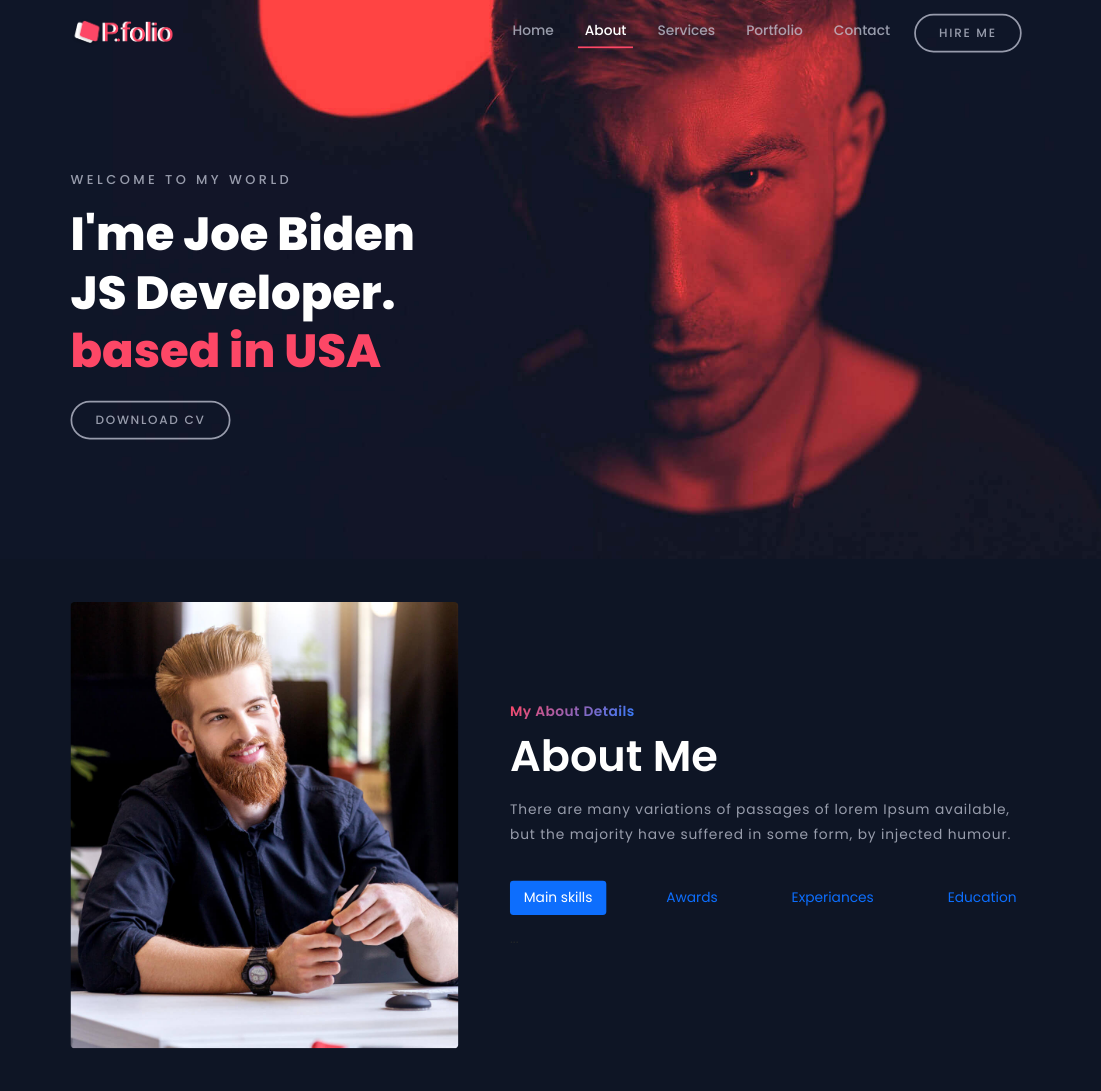
Repository: wadelfadill/Bootstrap_tache_3_responsive_portfolio
Page: index.html
These files come from the project's save history. The page is drawn as it stood at one moment and after the next save; the edit follows.
The browser window is 1280 px wide. The pictures show the whole page, at 86% of full size.
Backgrounds fixed to the window are drawn as part of the page. Some web libraries are served in a nearby version.

Above is the page before, as saved 2023-04-11 09:58:05.

### index.html
<!DOCTYPE html>
<html lang="en">
<head>
    <meta charset="UTF-8">
    <meta http-equiv="X-UA-Compatible" content="IE=edge">
    <meta name="viewport" content="width=device-width, initial-scale=1.0">
    <title>Bootstrap_Responsive_Portfolio</title>
    <!------ FAVICON ------->
    <link rel="icon" type="image/png" href="images/favicon.png">

    <!------------ Bootstrap link --------------->
    <link href="https://cdn.jsdelivr.net/npm/bootstrap@5.1.3/dist/css/bootstrap.min.css" rel="stylesheet" integrity="sha384-1BmE4kWBq78iYhFldvKuhfTAU6auU8tT94WrHftjDbrCEXSU1oBoqyl2QvZ6jIW3" crossorigin="anonymous">

    <!-------------- Font-awsome script  ------------->
    <script src="https://kit.fontawesome.com/8f130c8a35.js" crossorigin="anonymous"></script>

    <!------------ CSS files link  ------------->
    <link rel="stylesheet" href="css/style.css">
    <link rel="stylesheet" href="css/responsive-style.css">

    <!------------- Google-Font link ---------------->
    <link rel="stylesheet" href="https://fonts.googleapis.com/css2?family=Poppins%3Awght%40100%3B200%3B300%3B400%3B500%3B600%3B700%3B800%3B900&display=swap">
</head>
<body data-bs-spy="scroll" data-bs-target=".navbar" data-bs-offset="75">
    <!------------------------------------------------------>
        <!------------- Navbar Section ----------->
        <header class="header_wrapper">
            <nav class="navbar navbar-expand-lg fixed-top">
                <div class="container">
                  <a class="navbar-brand" href="#">
                    <img src="images/logo.png" alt="logo" class="img-fluid">
                  </a>
                  <button class="navbar-toggler" type="button" data-bs-toggle="collapse" data-bs-target="#navbarNav" aria-controls="navbarNav" aria-expanded="false" aria-label="Toggle navigation">
                    <i class="fa-solid fa-bars-staggered navbar-toggler-icon"></i>
                  </button>
                  <div class="collapse navbar-collapse justify-content-end" id="navbarNav">
                    <ul class="navbar-nav menu-navbar-nav">
                      <li class="nav-item">
                        <a class="nav-link active" aria-current="page" href="#home">Home</a>
                      </li>
                      <li class="nav-item">
                        <a class="nav-link" href="#about">About</a>
                      </li>
                      <li class="nav-item">
                        <a class="nav-link" href="#services">Services</a>
                      </li>
                      <li class="nav-item">
                        <a class="nav-link" href="#portfolio">Portfolio</a>
                      </li>
                      <li class="nav-item">
                        <a class="nav-link" href="#contact">Contact</a>
                      </li>
                      <li class="nav-item mt-3 mt-lg-0">
                        <a class="main-btn" href="#contact">Hire me</a>
                      </li>
                    </ul>
                  </div>
                </div>
              </nav>
        </header>
        <!----------- Navbar section end -------->
    <!------------------------------------------------------>
        <!----------- Banner section ------------->
        <section id="home" class="banner_wrapper">
            <div class="container">
                <div class="row">
                    <div class="col-sm-12 text-center text-md-start">
                        <h6>WELCOME TO MY WORLD</h6>
                        <h1>I'me Joe Biden <br> JS Developer. <span><br>based in USA</span></h1>
                        <div class="mt-4">
                            <a href="" class="main-btn">Download CV</a>
                        </div>
                    </div>
                </div>
            </div>
        </section>
        <!----------- Banner section end --------->
    <!------------------------------------------------------>
        <!----------- About section -------------->
        <section id="about" class="about_wrapper">
            <div class="container">
              <div class="row justify-content-between align-items-center">
                  <div class="col-lg-5 mb-lg-0">
                    <img src="images/about.jpg" alt="about-img" class="img-fluid rounded-3">
                  </div>
                  <div class="col-lg-7 ps-lg-5 text-center text-lg-start">
                    <div class="my-3 my-lg-0">
                      <span class="subtitle">My About Details</span>
                      <h2>About Me</h2>
                      <p>There are many variations of passages of lorem Ipsum available, but the majority have
                        suffered in some form, by injected humour.</p>
                    </div>
                    <div class="pt-4">
                      <ul class="nav nav-pills mb-3 justify-content-center justify-content-lg-between" id="pills-tab" role="tablist">
                        <li class="nav-item" role="presentation">
                          <button class="nav-link active" id="pills-skill-tab" data-bs-toggle="pill" data-bs-target="#pills-skill" type="button" role="tab" aria-controls="pills-skill" aria-selected="true">Main skills</button>
                        </li>
                        <li class="nav-item" role="presentation">
                          <button class="nav-link" id="pills-award-tab" data-bs-toggle="pill" data-bs-target="#pills-award" type="button" role="tab" aria-controls="pills-award" aria-selected="false">Awards</button>
                        </li>
                        <li class="nav-item" role="presentation">
                          <button class="nav-link" id="pills-experiance-tab" data-bs-toggle="pill" data-bs-target="#pills-experiance" type="button" role="tab" aria-controls="pills-experiance" aria-selected="false">Experiances</button>
                        </li>
                        <li class="nav-item" role="presentation">
                          <button class="nav-link" id="pills-education-tab" data-bs-toggle="pill" data-bs-target="#pills-education" type="button" role="tab" aria-controls="pills-education" aria-selected="false">Education</button>
                        </li>
                      </ul>
                      <div class="tab-content" id="pills-tabContent">
                        <div class="tab-pane fade show active" id="pills-skill" role="tabpanel" aria-labelledby="pills-skill-tab" tabindex="0">...</div>
                        <div class="tab-pane fade" id="pills-award" role="tabpanel" aria-labelledby="pills-award-tab" tabindex="0">...</div>
                        <div class="tab-pane fade" id="pills-experiance" role="tabpanel" aria-labelledby="pills-experiance-tab" tabindex="0">...</div>
                        <div class="tab-pane fade" id="pills-education" role="tabpanel" aria-labelledby="pills-education-tab" tabindex="0">...</div>
                      </div>
                    </div>
                  </div>
              </div>
            </div>
        </section>
        <!----------- About section end ---------->
    <!------------------------------------------------------->
        <!----------- Services section ----------->

        <!----------- Services section end ------->
    <!------------------------------------------------------->
        <!----------- Portfolio section ---------->

        <!----------- Portfolio section end ----->
    <!------------------------------------------------------->
        <!----------- Contact section ----------->

        <!----------- Contact section end ------->
    <!------------------------------------------------------->
        <!------------ Footer section ----------->

        <!------------ Footer section end ------->
    <!------------------------------------------------------->
        <!-- JS file link -->
        <script src="js/main.js"></script>
        <!---------------- bootstrap script -------------->
        <script src="https://cdn.jsdelivr.net/npm/bootstrap@5.1.3/dist/js/bootstrap.bundle.min.js" integrity="sha384-ka7Sk0Gln4gmtz2MlQnikT1wXgYsOg+OMhuP+IlRH9sENBO0LRn5q+8nbTov4+1p" crossorigin="anonymous"></script>
</body>
</html>

### css/style.css
/* TABLE OF CONTENTS */
/* --------------------
1. General
2.Navbar
3.Banner
4.About
5.Services
6.Portfolio
7.contact
8.Footer
---------------------- */

/* 1. General */
@import url('https://fonts.googleapis.com/css2?family=Poppins%3Awght%40100%3B200%3B300%3B400%3B500%3B600%3B700%3B800%3B900&display=swap');

*{
    box-sizing: border-box;
    margin: 0;
    padding: 0;
}
:root{
    /* Background Color */
    --primary-color:#FD4766;
    --secondary-color:#0e1525;
    --bg-dark-blue:#091020;
    --bg-white:#fff;
    --gray-color:#c6c9d8bf;
    --gradient-color: linear-gradient(-224deg, var(--primary-color) 0, #337Dff 100%);
    --gradient-text: linear-gradient(120deg, #1C99FE 20.69%, #7644FF 50.19%, var(--primary-color) 79.69%);
    filter: progid:DXImageTransform.Microsoft.gradient(startColorstr='var(--primary-color)', endColorstr='var(--secondary-color)', GradientType=1);

    /* Text Color */
    --primary-font: 'Poppins', 'sans-serif';
    --primary-text: #FD4766;
    --text-gray: #c6c9d8bf;
    --text-white:#fff;

}

body{
    font-family: var(--primary-font);
    background-color: var(--secondary-color);
}
a{
    text-decoration: none;
}

/* 1 custom css */
::-webkit-scrollbar{
    width: 6px;
}
::-webkit-scrollbar-track{
    background: var(--bg-dark-blue);
}
::-webkit-scrollbar-thumb{
    background: var(--primary-color);
}
input[type=number]::-webkit-inner-spin-button,
input[type=number]::-webkit-outer-spin-button{
    -webkit-appearance: none;
    margin: 0;
}

section{
    padding: 50px 0;
}
.main-btn{
    display: inline-block;
    border-radius: 50px;
    transition: all .4s ease-in-out;
    padding: 10px 27px;
    background-color: transparent;
    border: 2px solid var(--gray-color);
    color: var(--text-gray);
    font-weight: 500;
    font-size: 14px;
    text-transform: uppercase;
    letter-spacing: 2px;
    text-decoration: none;
}
.main-btn:hover{
    background-color: var(--primary-color);
    border-color: var(--primary-color);
    color: var(--text-white);

}
h1{
    font-size: 54px;
    line-height: 68px;
    font-weight: 800;
    color: var(--text-white);
    margin-bottom: 20px;
}
h1 span{
    color: var(--primary-color);
}
h2{
    font-size: 50px;
    line-height: 1.3;
    font-weight: 600;
    color: var(--text-white);
    margin-bottom: 15px;
}
h3{
    font-size: 20px;
    font-weight: 800;
    color: var(--text-white);
    margin-bottom: 19px;
}
h6{
    font-size: 15px;
    text-transform: uppercase;
    letter-spacing: 4px;
    display: block;
    color: var(--text-gray);
    margin-bottom: 20px;
}

p{
    color: var(--text-gray);
    font-size: 16px;
    line-height: 28px;
    letter-spacing: 1px;
    font-weight: 400;
}

.subtitle{
    display: inline-block;
    font-weight: 600;
    letter-spacing: 0.5px;
    line-height: 18px;
    font-size: 16px;
    margin-bottom: 12px;
    background: var(--gradient-color);
    -webkit-background-clip: text;
    -webkit-text-fill-color: transparent;
}
input:hover,
input:focus,
textarea:hover,
textarea:focus,
button{
    outline: none !important;
    box-shadow: none !important;
}

/* 2. Navbar */
.header_wrapper .navbar{
    padding: 15px 0;
    -webkit-transition: all .2s linear;
    -o-transition: all .2s linear;
    transition: all .2s linear;

}
.header_wrapper .navbar-brand img{
    max-width: 120px;
    height: auto;
}
.header_wrapper .navbar-toggler{
    border: 0;
    color: var(--gray-color);
    line-height: 2;
}
.header_wrapper .navbar-toggler:focus{
    box-shadow: none;
}
.header_wrapper .nav-item{
    margin: 0 10px;
}
.header_wrapper .nav-item .nav-link{
    position: relative;
    font-size: 16px;
    font-weight: 500;
    color: var(--text-gray);
    display: inline-block;
}
.header_wrapper .nav-item .nav-link::after{
    position: absolute;
    content: '';
    left: 0;
    width: 0;
    height: 2px;
    background: var(--primary-color);
    transition: 0.3s;
    bottom: 0;
}
.header_wrapper .nav-item .nav-link.active::after,
.header_wrapper .nav-item .nav-link:hover::after{
    width: 100%;

}
.header_wrapper .nav-item .nav-link.active,
.header_wrapper .nav-item .nav-link:hover{
     color: var(--text-white);
}
.header-scrolled{
    position: fixed;
    top: 0;
    left: 0;
    width: 100%;
    background-color: var(--bg-dark-blue);
    -webkit-box-shadow: 0 4px 6px 0 rgba(12, 0, 46, .05);
    box-shadow: 0 4px 6px 0 rgba(12, 0, 46, .05);
}
.header-scrolled .nav-item .nav-link.active,
.header-scrolled .nav-item .nav-link:hover{
     color: var(--primary-text);
}
/* 3. Banner */
.banner_wrapper{
    width: 100%;
    height: auto;
    min-height: 650px;
    background-image: url('../images/bg-image.jpg');
    background-repeat: no-repeat;
    background-position: center center;
    background-size: cover;
    background-attachment: fixed;
    padding: 200px 0 100px 0;
}

### css/responsive-style.css
@media (max-width:991px){

    /* Custom css */
    section{
        padding: 30px 0;
    }
    h2{
        font-size: 30px;
        line-height: 40px;
    }
    h3{
        font-size: 20px;
    }
    /* 2. Navbar */
    .header-scrolled{
        height: auto;
    }
    .header_wrapper .menu-navbar-nav{
        text-align: center;
        background-color: var(--bg-dark-blue);
        padding-bottom: 15px;
    }
    .header_wrapper .nav-item .nav-link{
        margin-top: 15px;
    }
    /* banner wrapper */
    .banner_wrapper{
        padding: 200px 0;
    }
}



@media (max-width:767px){
    /* Custom css */
    section{
        padding: 30px 0;
    }
    h1{
        font-size: 40px;
        line-height: 48px;
    }
    h2{
        font-size: 25px;

    }
    p{
        font-size: 13px;
        line-height: 24px;
    }
}

### js/main.js
//Header Scroll
let nav = document.querySelector(".navbar");
window.onscroll = function () {
    if(document.documentElement.scrollTop > 20){
        nav.classList.add("header-scrolled");
    }else{
        nav.classList.remove("header-scrolled");
    }
}

// nav hide
let navBar = document.querySelectorAll(".nav-link");
let navCollapse = document.querySelector(".navbar-collapse.collapse");
navBar.forEach(function(a){
    a.addEventListener("click", function(){
        navCollapse.classList.remove("show")
    })
})

After the next save:
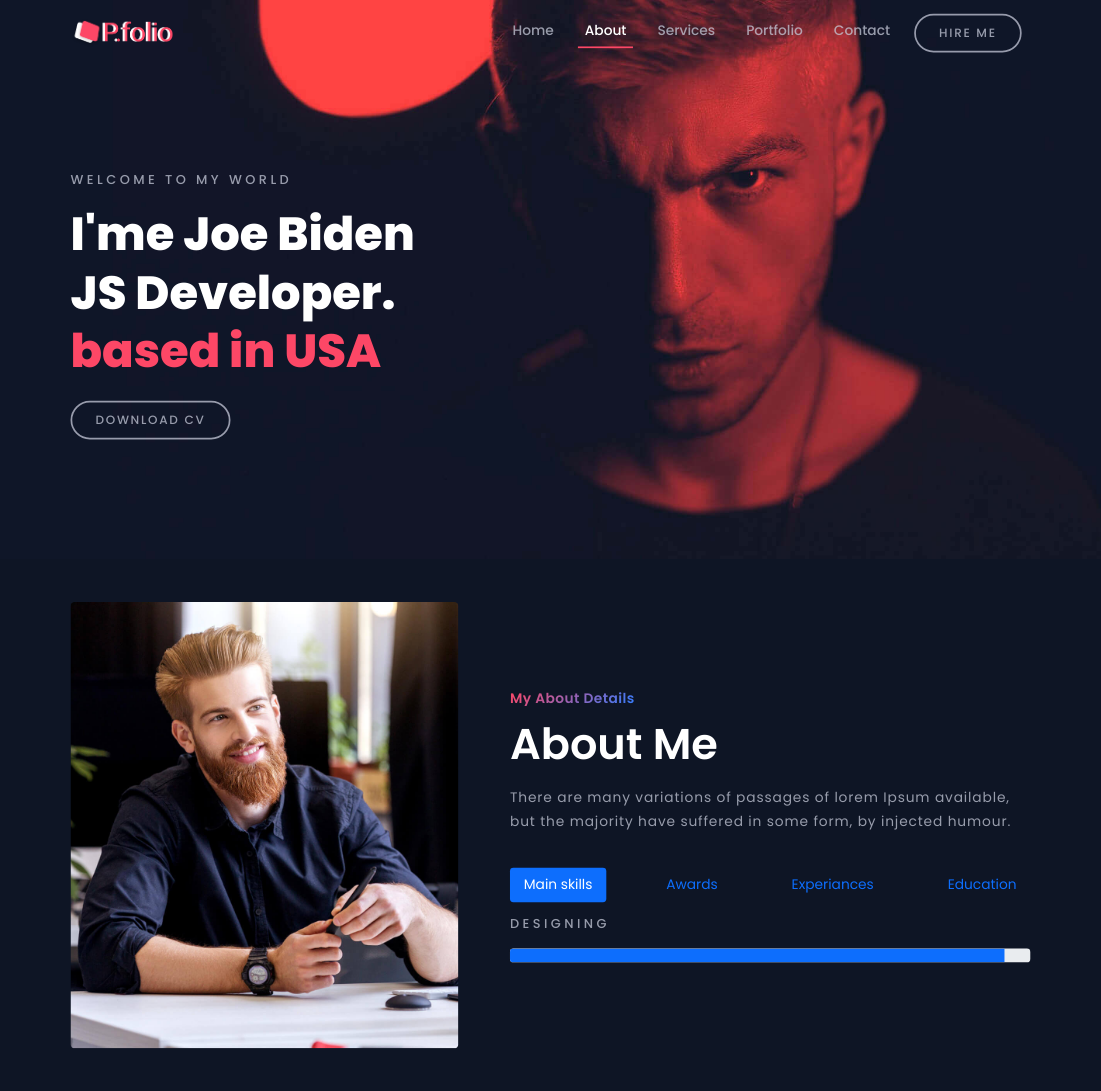
Saved 5 min 19 s later.
--- a/index.html
+++ b/index.html
@@ -106,7 +106,14 @@
                         </li>
                       </ul>
                       <div class="tab-content" id="pills-tabContent">
-                        <div class="tab-pane fade show active" id="pills-skill" role="tabpanel" aria-labelledby="pills-skill-tab" tabindex="0">...</div>
+                        <div class="tab-pane fade show active" id="pills-skill" role="tabpanel" aria-labelledby="pills-skill-tab" tabindex="0">
+                            <div class="single-progress">
+                                <h6>Designing</h6>
+                                <div class="progress">
+                                  <div class="progress-bar" role="progressbar" aria-label="Basic example" style="width: 95%" aria-valuenow="25" aria-valuemin="0" aria-valuemax="100"></div>
+                                </div>
+                            </div>
+                        </div>
                         <div class="tab-pane fade" id="pills-award" role="tabpanel" aria-labelledby="pills-award-tab" tabindex="0">...</div>
                         <div class="tab-pane fade" id="pills-experiance" role="tabpanel" aria-labelledby="pills-experiance-tab" tabindex="0">...</div>
                         <div class="tab-pane fade" id="pills-education" role="tabpanel" aria-labelledby="pills-education-tab" tabindex="0">...</div>
